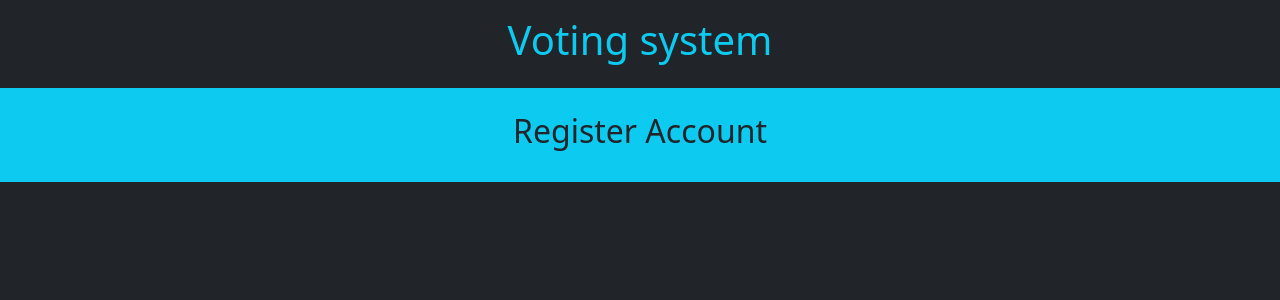
Repository: AvinashLikesToLearnNewStuff/VotingSite
Page: http://localhost/partials/registration.php
These files come from the project's save history. The page is drawn as it stood at one moment and after the next save; the edit follows.
The browser window is 1280 px wide. The pictures show the whole page.
The page is run by PHP 8.4 with error messages shown; the project is at /var/www/html/.

Above is the page before, as saved 2023-03-09 10:23:21.

After the next save:
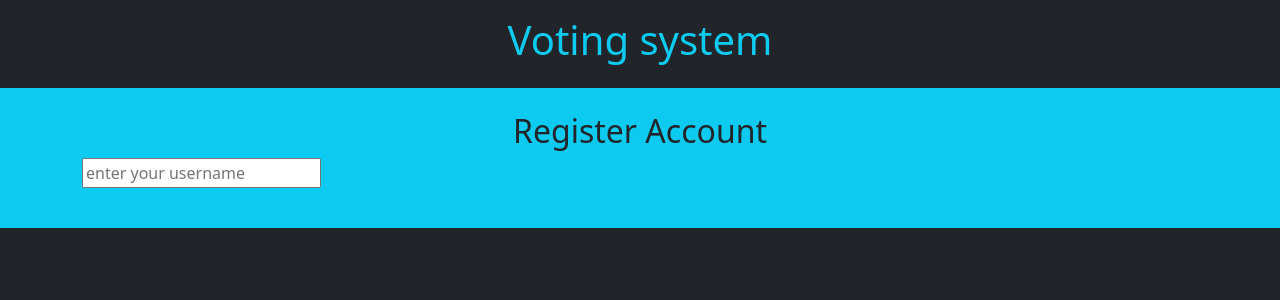
Saved 29 s later.
--- a/partials/registration.php
+++ b/partials/registration.php
@@ -13,7 +13,11 @@
     <div class="bg-info py-4">
         <h2 class="text-center">Register Account</h2>
         <div class="container">
-            <form action=""></form>
+            <form action="">
+                <div class="mb-3">
+                    <input type="text" placeholder="enter your username">
+                </div>
+            </form>
         </div>
     </div>
 
